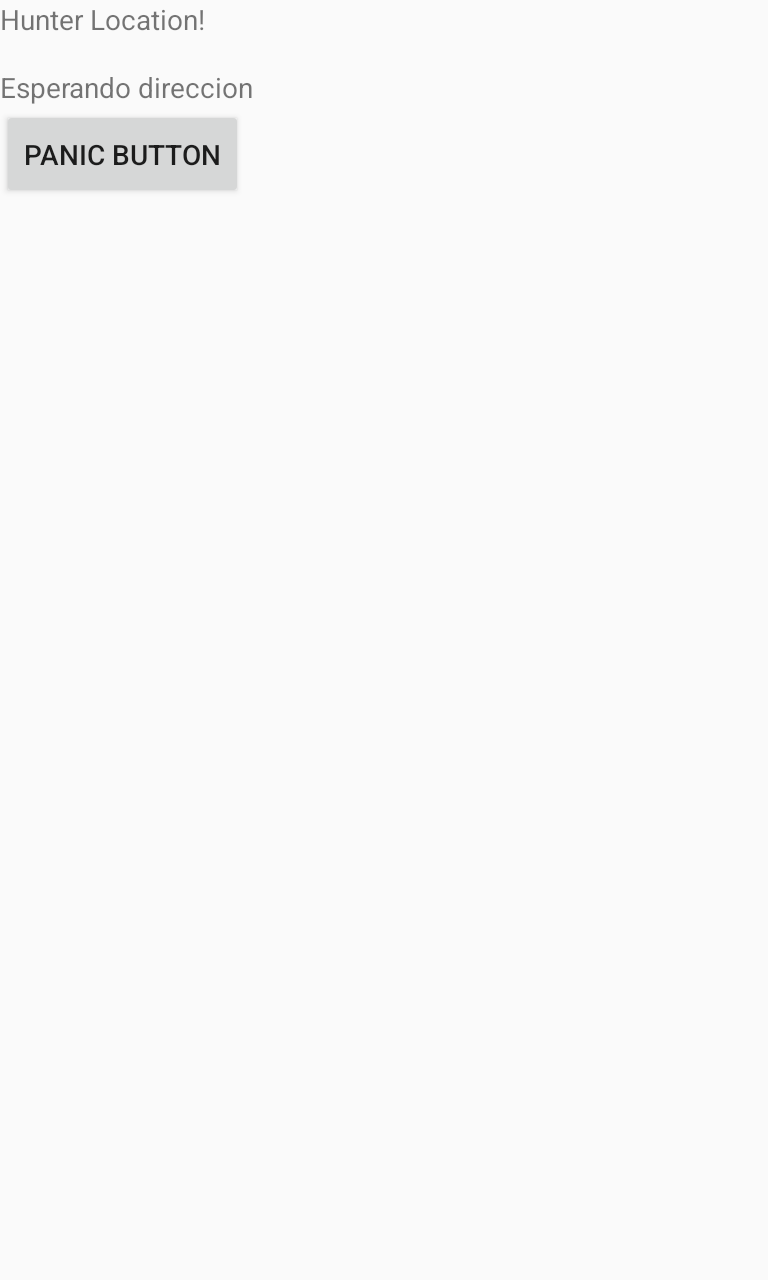
Repository: aludena18/android_apps
Layout: AlarmServiceLocation/res/layout/activity_main.xml
An editor plug-in stored every save of this project. The layout is shown before and after the next save, followed by the edit.
It is drawn on a 768 x 1280 px phone screen (xhdpi) without system bars, with theme AppTheme; the app's code is not run.

Above is the layout before, as saved 2015-07-16 21:09:24.

### AlarmServiceLocation/res/layout/activity_main.xml
<LinearLayout xmlns:android="http://schemas.android.com/apk/res/android"
    xmlns:tools="http://schemas.android.com/tools"
    android:layout_width="match_parent"
    android:layout_height="match_parent"
    android:orientation="vertical"
    tools:context="com.alg.alarmservicelocation.MainActivity" >

    <TextView
        android:layout_width="wrap_content"
        android:layout_height="wrap_content"
        android:text="@string/hello_world" />

    <LinearLayout
        android:layout_width="wrap_content"
        android:layout_height="wrap_content"
        android:orientation="horizontal" >
        <TextView
            android:id="@+id/txvDireccion"
            android:layout_marginTop="15dp"
            android:layout_width="wrap_content"
            android:layout_height="wrap_content"
            android:text="@string/etqTxvDireccion" />


    </LinearLayout>

    <Button
        android:id="@+id/btnPanic"
        android:layout_width="wrap_content"
        android:layout_height="wrap_content"
        android:text="@string/etqBtnPanic" />

</LinearLayout>

### AlarmServiceLocation/res/values/strings.xml
<?xml version="1.0" encoding="utf-8"?>
<resources>

    <string name="app_name">Alarm Service Location</string>
    <string name="hello_world">Hunter Location!</string>
    <string name="action_settings">Settings</string>

    <string name="etqBtnPanic">Panic Button</string>
    <string name="etqTxvDireccion">Esperando direccion</string>

</resources>

Loaded but not shown: AlarmServiceLocation/res/values/styles.xml (common file); AlarmServiceLocation/res/values-v11/styles.xml (common file); AlarmServiceLocation/res/values-v14/styles.xml (common file)

After the next save:
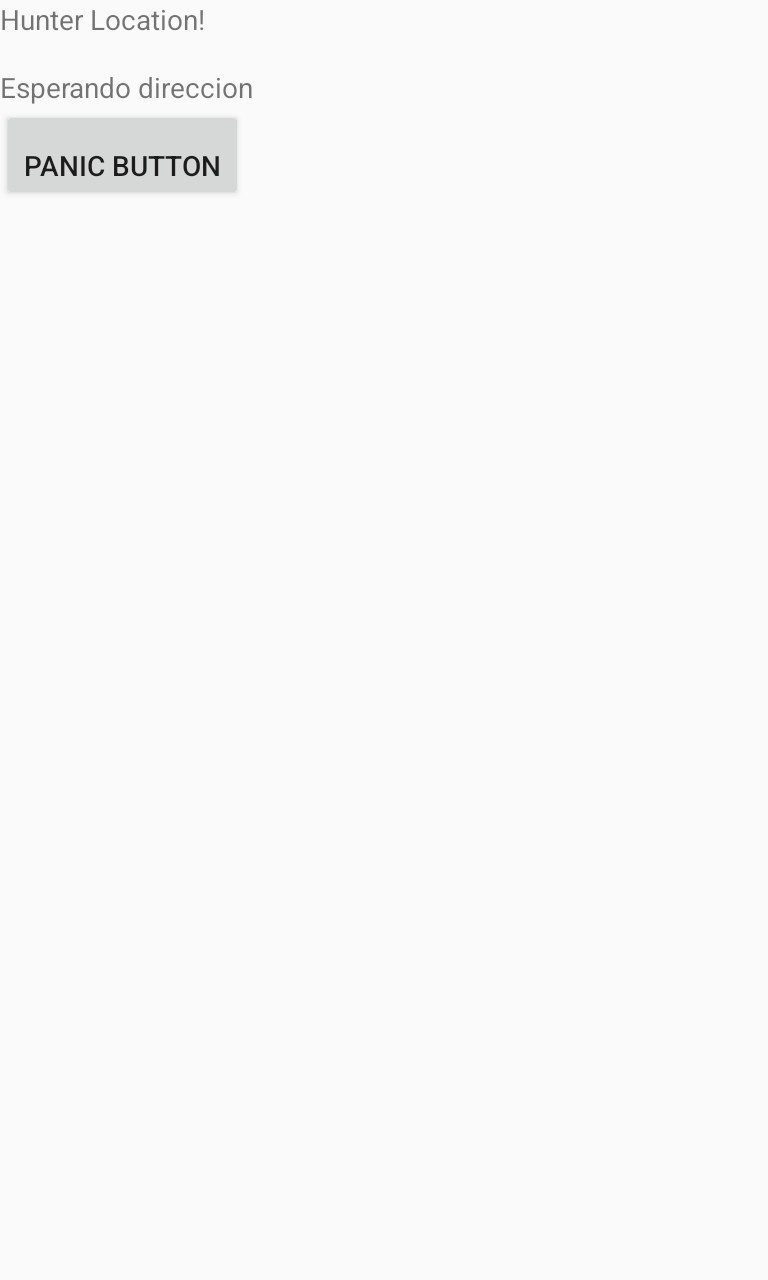
Saved 24 min 33 s later.
--- a/AlarmServiceLocation/res/layout/activity_main.xml
+++ b/AlarmServiceLocation/res/layout/activity_main.xml
@@ -26,6 +26,7 @@
 
     <Button
         android:id="@+id/btnPanic"
+        android:paddingTop="20dp"
         android:layout_width="wrap_content"
         android:layout_height="wrap_content"
         android:text="@string/etqBtnPanic" />
